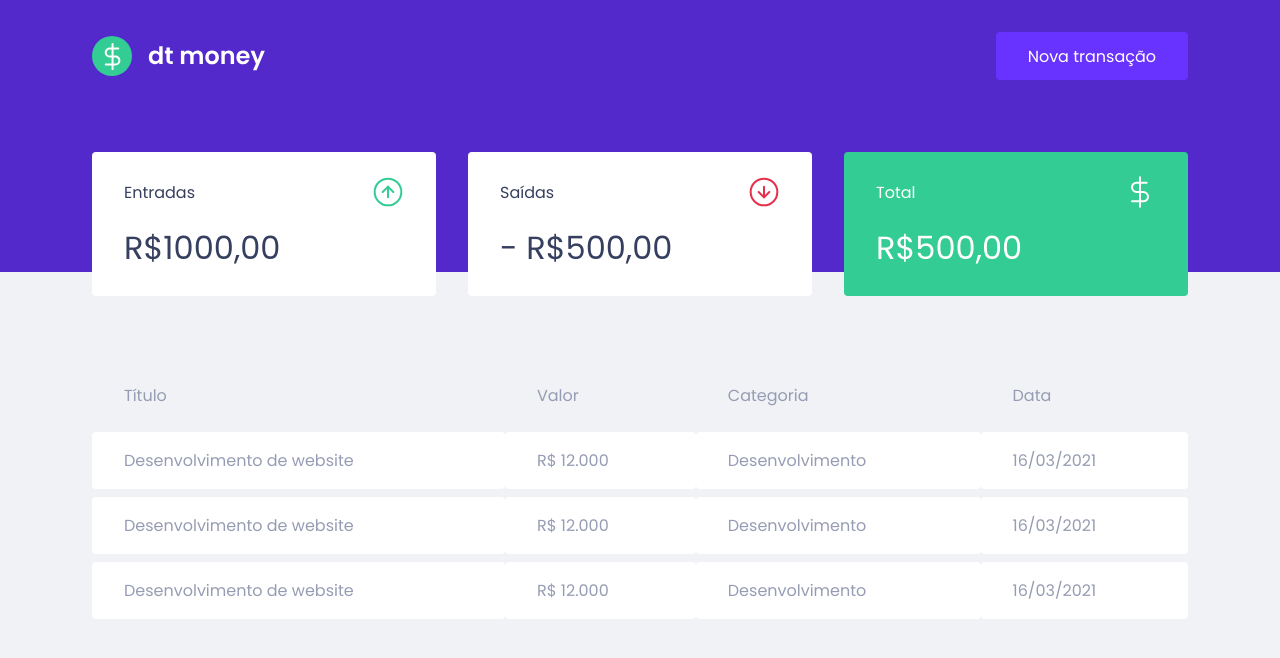
Repository: victoriandujar/ignite-dtmoney
Page: /
These files come from the project's save history. The page is drawn as it stood at one moment and after the next save; the edit follows.
The browser window is 1280 px wide. The pictures show the whole page.
The project was rebuilt for these pictures with package versions that can differ from the ones it lists, and the page was loaded fresh each time.

Above is the page before, as saved 2021-03-22 19:02:30.

### public/index.html
<!DOCTYPE html>
<html lang="en">
  <head>
    <link rel="preconnect" href="https://fonts.gstatic.com">
    <meta charset="utf-8" />
    <link rel="icon" href="%PUBLIC_URL%/favicon.ico" />
    <meta name="viewport" content="width=device-width, initial-scale=1" />
    <link href="https://fonts.googleapis.com/css2?family=Poppins:wght@400;600&display=swap" rel="stylesheet">

    <title>dt money</title>
  </head>
  <body>
    <noscript>You need to enable JavaScript to run this app.</noscript>
    <div id="root"></div>
  </body>
</html>

### src/App.tsx
import React from 'react';

import { GlobalStyle } from './styles/global';
import { Header } from './components/Header';
import { Dashboard } from './components/Dashboard';

function App() {
  return (
    <>
      <GlobalStyle />
      <Header />
      <Dashboard />
    </>
  );
}

export default App;

### src/styles/global.js
import { createGlobalStyle } from 'styled-components';

export const GlobalStyle = createGlobalStyle`
    :root {
        --background: #f9f2f5;
        --red: #E52E4D;
        --green: #33CC95;
        --blue: #5429CC;

        --blue-light: #6933FF;

        --text-title: #363F5F;
        --text-body: #969CB3;

        --background: #F0F2F5;
        --shape: #FFFFFF;
    }

    * {
        margin: 0;
        padding: 0;
        box-sizing: border-box;
    }

    html {
        @media (max-width: 1088px) {
            font-size: 93.75%;
        }

        @media (max-width: 720px) {
            font-size: 87.5%;
        }
    }

    body {
        background: var(--background);
        -webkit-font-smoothing: antialised;
    }

    body, input, textarea, button {
        font-family: 'Poppins', sans-serif;
        font-weight: 400;
    }

    h1, h2, h3, h4, h5, h6, strong {
        font-weight: 600;
    }

    button {
        cursor: pointer;
    }

    [disabled] {
        opacity: 0.6;
        cursor: not-allowed;
    }
`;

### src/components/Header/index.tsx
import React from 'react';

import Logo from '../../assets/logo.svg';

import { Container, Content } from './styles';

export function Header() {
    return(
        <Container>
            <Content>
                <img src={Logo} alt="logo dt money" />
                <button type="button">Nova transação</button>
            </Content>
        </Container>
    );
}

### src/components/Dashboard/index.tsx
import React from 'react';

import { Container } from './styles';

import { Summary } from '../Summary';
import { TransactionsTable } from '../TransactionsTable'

export function Dashboard() {
    return(
        <Container>
            <Summary />
            <TransactionsTable />
        </Container>
    );
}

### src/components/Header/styles.ts
import styled from 'styled-components';

export const Container = styled.header`
  background: var(--blue);
`;

export const Content = styled.div`
    max-width: 1128px;
    margin: 0 auto;

    padding: 2rem 1rem 12rem;
    display: flex;
    align-items: center;
    justify-content: space-between;

    button {
        font-size: 1rem;
        color: #fff;
        background: var(--blue-light);
        border: 0;
        padding: 0 2rem;
        border-radius: 0.25rem;
        height: 3rem;
        transition: filter 0.2s;

        &:hover {
            filter: brightness(0.9);
        }
    }
`;

### src/components/Dashboard/styles.ts
import styled from 'styled-components';

export const Container = styled.div`
  max-width: 1128px;
  margin: 0 auto;
  padding: 2.5rem 1rem;
`;

### src/components/Summary/index.tsx
import React from 'react';

import IncomeImg from '../../assets/income.svg';
import OutcomeImg from '../../assets/outcome.svg';
import TotalImg from '../../assets/total.svg';

import { Container } from './styles';

export function Summary() {
    return(
        <Container>
            <div>
                <header>
                    <p>Entradas</p>
                    <img src={IncomeImg} alt="Entrada"/>
                </header>
                <strong>R$1000,00</strong>
            </div>

            <div>
                <header>
                    <p>Saídas</p>
                    <img src={OutcomeImg} alt="Saida"/>
                </header>
                <strong>- R$500,00</strong>
            </div>

            <div className="green">
                <header>
                    <p>Total</p>
                    <img src={TotalImg} alt="Total"/>
                </header>
                <strong>R$500,00</strong>
            </div>
        </Container>
    );
}

### src/components/TransactionsTable/index.tsx
import React from 'react';

import { Container } from './styles';

export function TransactionsTable() {
    return(
        <Container>
            <table>
                <thead>
                    <tr>
                        <th>Título</th>
                        <th>Valor</th>
                        <th>Categoria</th>
                        <th>Data</th>
                    </tr>
                </thead>
                <tbody>
                    <tr>
                        <td>Desenvolvimento de website</td>
                        <td>R$ 12.000</td>
                        <td>Desenvolvimento</td>
                        <td>16/03/2021</td>
                    </tr>

                    <tr>
                        <td>Desenvolvimento de website</td>
                        <td>R$ 12.000</td>
                        <td>Desenvolvimento</td>
                        <td>16/03/2021</td>
                    </tr>

                    <tr>
                        <td>Desenvolvimento de website</td>
                        <td>R$ 12.000</td>
                        <td>Desenvolvimento</td>
                        <td>16/03/2021</td>
                    </tr>
                </tbody>
            </table>
        </Container>
    );
}

### src/components/Summary/styles.ts
import styled from 'styled-components';

export const Container = styled.div`
  display: grid;
  grid-template-columns: repeat(3, 1fr);
  gap: 2rem;
  margin-top: -10rem;

  div {
      background: var(--shape);
      padding: 1.5rem 2rem;
      border-radius: 0.25rem;
      color: var(--text-title);

      header {
          display: flex;
          align-items: center;
          justify-content: space-between;
      }

      strong {
          display: block;
          margin-top: 1rem;
          font-size: 2rem;
          font-weight: 500;
          line-height: 3rem;
      }

      &.green {
          background: var(--green);
          color: #fff;
      }
  }
`;

### src/components/TransactionsTable/styles.ts
import styled from 'styled-components';

export const Container = styled.div`
  margin-top: 4rem;

  table {
      width: 100%;
      border-spacing: 0 0.5rem;
  }

  th {
      color: var(--text-body);
      font-weight: 400;
      padding: 1rem 2rem;
      text-align: left;
      line-height: 1.5rem;
  }

  td {
      padding: 1rem 2rem;
      border: 0;
      background: var(--shape);
      color: var(--text-body);
      border-radius: 0.25rem;
  }
`;

Loaded but not shown: src/index.tsx (common file)

After the next save:
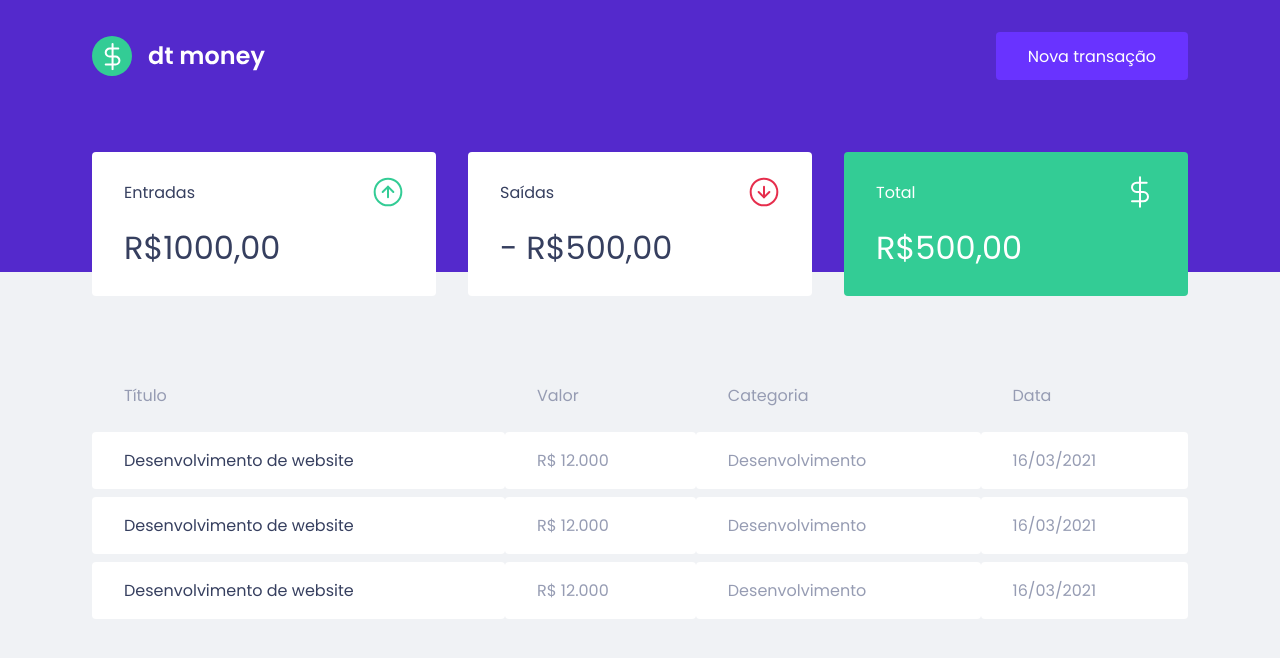
Saved 71 s later.
--- a/src/components/TransactionsTable/styles.ts
+++ b/src/components/TransactionsTable/styles.ts
@@ -22,5 +22,9 @@
       background: var(--shape);
       color: var(--text-body);
       border-radius: 0.25rem;
+
+      &:first-child {
+          color: var(--text-title);
+      }
   }
 `;
